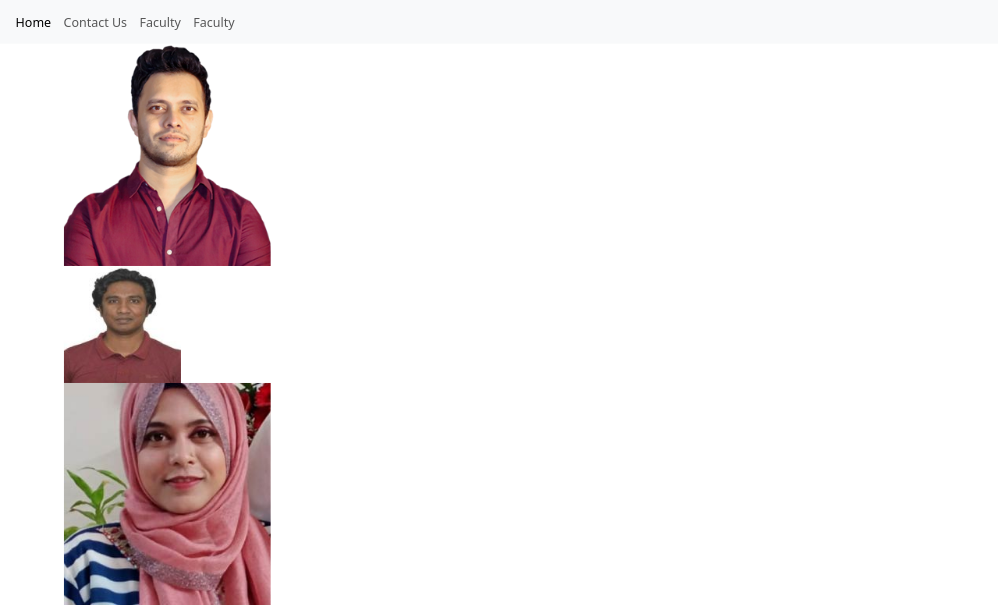
Repository: arafatmollah/cetl
Page: Faculty.html
The author's editor kept a copy of each file at every save. The page is drawn from the files as they stood at one save, then again after a run of saves.
The browser window is 1280 px wide. The pictures show the whole page, at 78% of full size.

Above is the page before, as saved 2023-05-17 21:31:13.

### Faculty.html
<!doctype html>
<html lang="en">
  <head>
    <meta charset="utf-8">
    <meta name="viewport" content="width=device-width, initial-scale=1">
    <title>Faculty Memebers</title>
    <link href="https://cdn.jsdelivr.net/npm/bootstrap@5.3.0-alpha3/dist/css/bootstrap.min.css" rel="stylesheet" integrity="sha384-KK94CHFLLe+nY2dmCWGMq91rCGa5gtU4mk92HdvYe+M/SXH301p5ILy+dN9+nJOZ" crossorigin="anonymous">
  </head>
  <body>
    <nav class="navbar navbar-expand-lg bg-body-tertiary bg-dark text-white">
        <div class="container-fluid">
          <button class="navbar-toggler" type="button" data-bs-toggle="collapse" data-bs-target="#navbarNav" aria-controls="navbarNav" aria-expanded="false" aria-label="Toggle navigation">
            <span class="navbar-toggler-icon"></span>
          </button>
          <div class="collapse navbar-collapse" id="navbarNav">
            <ul class="navbar-nav">
              <li class="nav-item">
                <a class="nav-link active" aria-current="page" href="home.html">Home</a>
              </li>
              <li class="nav-item">
                <a class="nav-link" href="About.html">Contact Us</a>
              </li>
              <li class="nav-item">
                <a class="nav-link" href="Faculty.html">Faculty</a>
              </li>
              <li class="nav-item">
                <a class="nav-link" href="#">Faculty</a>
              </li>
            </ul>
          </div>
        </div>
      </nav>
    <div class="container">
        <div class="row">
            <div class="cold-md-4">
                <img src="image/eee-Chairman-1.png" class="img-fluid">
            </div>
            <div class="cold-md-4">
                <img src="image/Rony-Sir-Photograph-150x150.jpg" class="img-fluid">
            </div>
            <div class="cold-md-4">
                <img src="image/arifa-mem.jpg" class="img-fluid">
            </div>
        </div>
    </div>
    <script src="https://cdn.jsdelivr.net/npm/bootstrap@5.3.0-alpha3/dist/js/bootstrap.bundle.min.js" integrity="sha384-ENjdO4Dr2bkBIFxQpeoTz1HIcje39Wm4jDKdf19U8gI4ddQ3GYNS7NTKfAdVQSZe" crossorigin="anonymous"></script>
  </body>
</html>

After the next 2 saves:
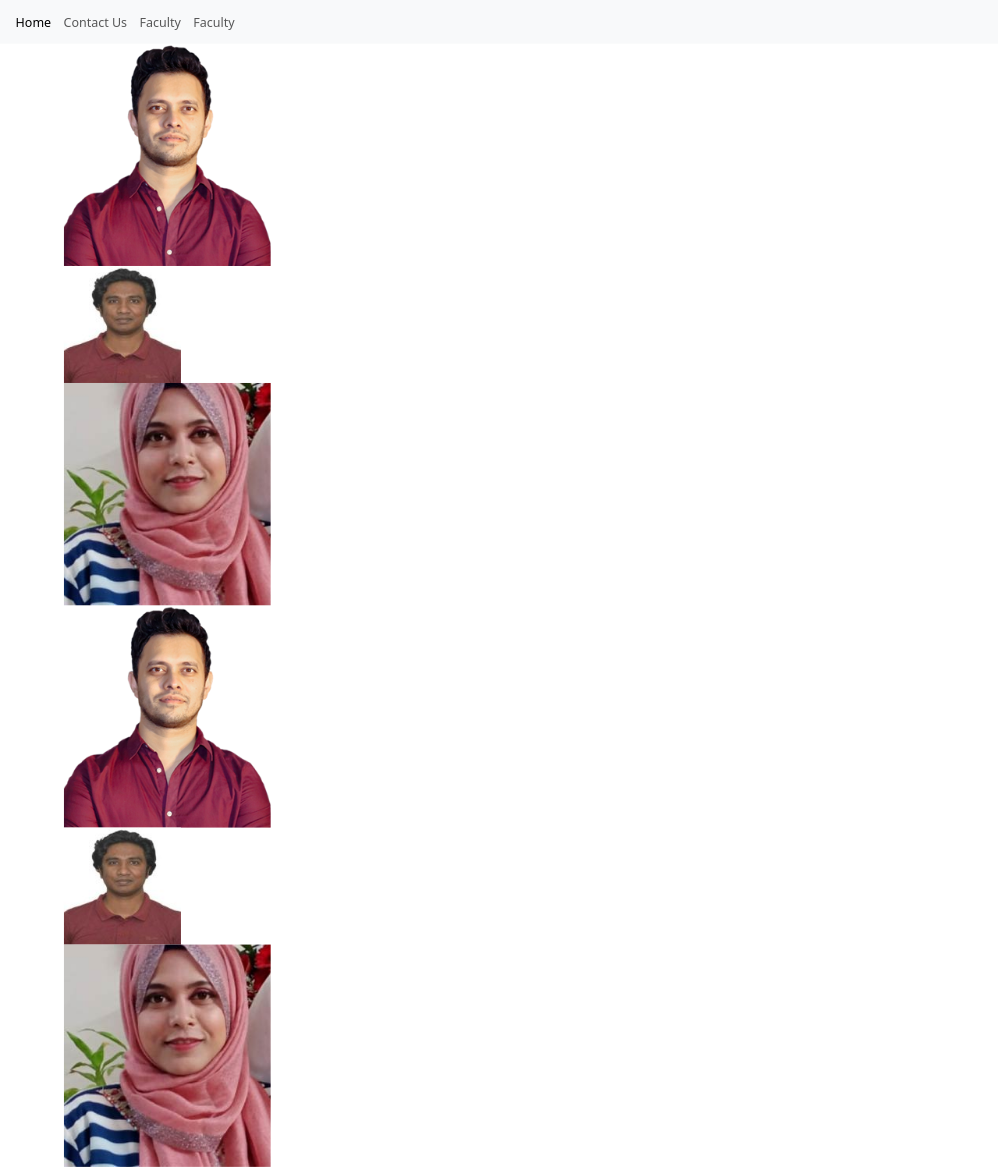
The 2 saves are shown as one change because they came seconds apart.
The last was saved 12 s later.
--- a/Faculty.html
+++ b/Faculty.html
@@ -42,6 +42,17 @@
                 <img src="image/arifa-mem.jpg" class="img-fluid">
             </div>
         </div>
+        <div class="row">
+            <div class="cold-md-4">
+                <img src="image/eee-Chairman-1.png" class="img-fluid">
+            </div>
+            <div class="cold-md-4">
+                <img src="image/Rony-Sir-Photograph-150x150.jpg" class="img-fluid">
+            </div>
+            <div class="cold-md-4">
+                <img src="image/arifa-mem.jpg" class="img-fluid">
+            </div>
+        </div>
     </div>
     <script src="https://cdn.jsdelivr.net/npm/bootstrap@5.3.0-alpha3/dist/js/bootstrap.bundle.min.js" integrity="sha384-ENjdO4Dr2bkBIFxQpeoTz1HIcje39Wm4jDKdf19U8gI4ddQ3GYNS7NTKfAdVQSZe" crossorigin="anonymous"></script>
   </body>
